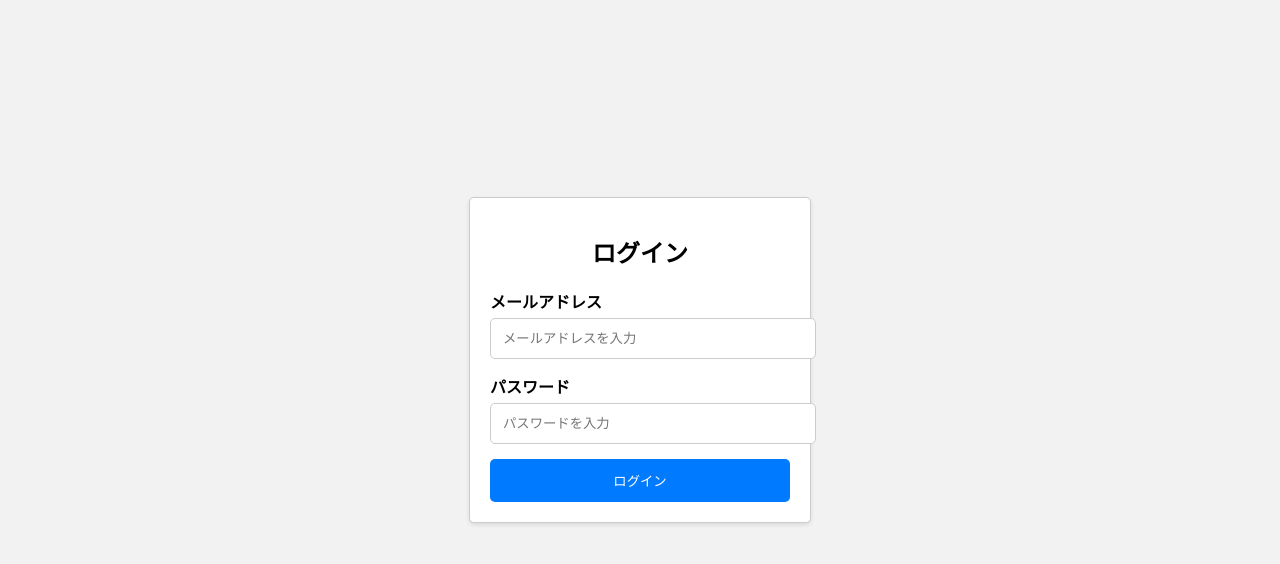
Repository: Jutta197/blog_0815
Page: src/main/resources/static/login.html
The author's editor kept a copy of each file at every save. The page is drawn from the files as they stood at one save, then again after the next save.
The browser window is 1280 px wide. The pictures show the whole page.

Above is the page before, as saved 2023-08-15 12:16:26.

### src/main/resources/static/login.html
<!DOCTYPE html>
<html lang="ja">

<head>
    <meta charset="UTF-8">
    <meta name="viewport" content="width=device-width, initial-scale=1.0">
    <title>ログイン</title>
    <link rel="stylesheet" href="login.css">
    <link rel="stylesheet" href="login.css">
</head>

<body>
    <div class="container">
        <form action="" method="post">
            <h1>ログイン</h1>
            <label for="email">メールアドレス</label>
            <input type="text" id="email" name="email" placeholder="メールアドレスを入力" required>
            <label for="password">パスワード</label>
            <input type="password" id="password" name="password" placeholder="パスワードを入力">
            <input type="submit" value="ログイン" id="submit-button">
        </form>
    </div>
</body>

</html>

### src/main/resources/static/login.css
body {
    font-family: Arial, sans-serif;
    background-color: #f2f2f2;
    margin: 0;
    padding: 0;
    display: flex;
    justify-content: center;
    align-items: center;
    min-height: 100vh;
}

.container {
    background-color: #fff;
    padding: 20px;
    border-radius: 5px;
    box-shadow: 0 2px 4px rgba(0, 0, 0, 0.1);
    border: 1px solid #ccc;
    width: 300px;
}

.container h1 {
    font-size: 24px;
    margin-bottom: 20px;
    text-align: center;
}

label {
    display: block;
    font-weight: bold;
    margin-bottom: 5px;
}

input[type="text"],
input[type="password"] {
    width: 100%;
    padding: 12px;
    margin-bottom: 15px;
    border: 1px solid #ccc;
    border-radius: 5px;
    outline: none;
    transition: border-color 0.3s;
}

input[type="text"]:focus,
input[type="password"]:focus {
    border-color: #007bff;
}

#submit-button {
    background-color: #007bff;
    color: #fff;
    border: none;
    padding: 12px 20px;
    border-radius: 5px;
    cursor: pointer;
    width: 100%;
    transition: background-color 0.3s;
}

#submit-button:hover {
    background-color: #0056b3;
}

After the next save:
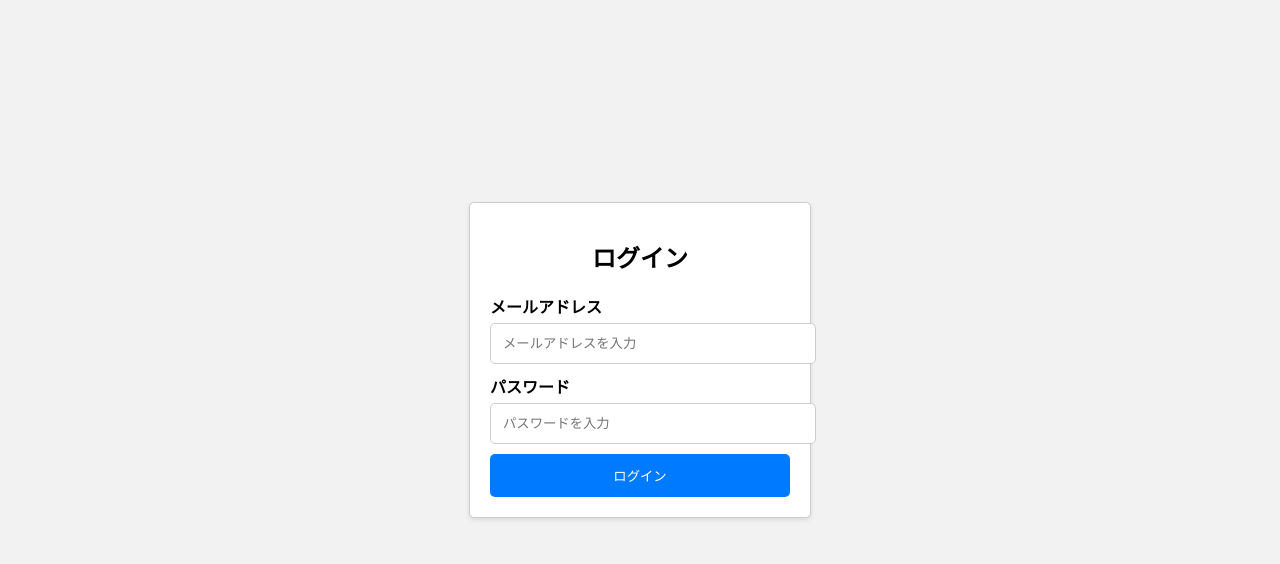
Saved 31 s later.
--- a/src/main/resources/static/login.css
+++ b/src/main/resources/static/login.css
@@ -34,7 +34,7 @@
 input[type="password"] {
     width: 100%;
     padding: 12px;
-    margin-bottom: 15px;
+    margin-bottom: 10px;
     border: 1px solid #ccc;
     border-radius: 5px;
     outline: none;

After the save that followed:
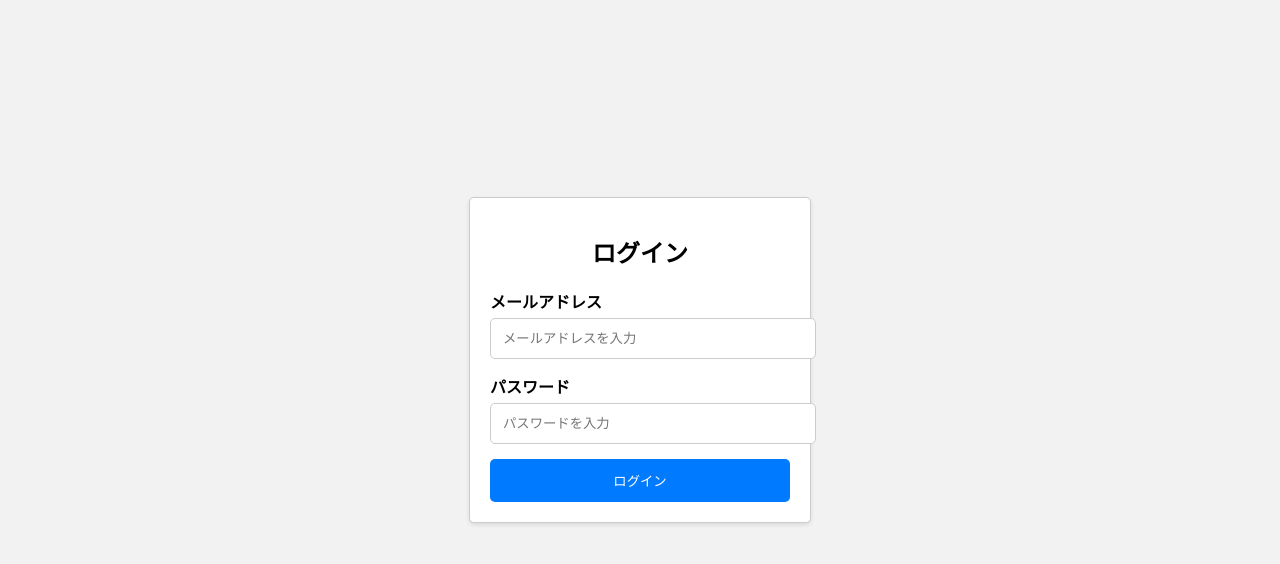
Saved 5 s later.
--- a/src/main/resources/static/login.css
+++ b/src/main/resources/static/login.css
@@ -34,7 +34,7 @@
 input[type="password"] {
     width: 100%;
     padding: 12px;
-    margin-bottom: 10px;
+    margin-bottom: 15px;
     border: 1px solid #ccc;
     border-radius: 5px;
     outline: none;
